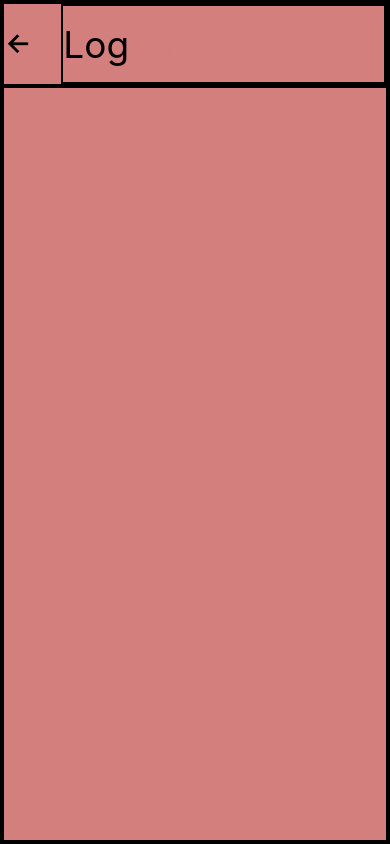
Repository: kgayathridevi/pregband
Screen: /
These files come from the project's save history. The screen is drawn as it stood at one moment and after the next save; the edit follows.
The app was drawn by React Native's web renderer in a window 390 px wide. The project was rebuilt for these pictures with package versions that can differ from the ones it lists, and the page was loaded fresh each time. Also part of the build but not shown: component/SignUpScreen.jsx, component/Home.jsx.

Above is the screen before, as saved 2023-04-28 15:03:35.

### App.js
import { NavigationContainer } from "@react-navigation/native";
import { createNativeStackNavigator } from "@react-navigation/native-stack";
import { StatusBar } from "expo-status-bar";
import { StyleSheet, Text, View } from "react-native";
import SignUpScreen from "./component/SignUpScreen";
import LogInScreen from "./component/LogInScreen";
import Home from "./component/Home";

const Stack = createNativeStackNavigator();
export default function App() {
  return (
    <NavigationContainer>
      <Stack.Navigator initialRouteName="Log">
        <Stack.Screen
          options={{ headerShown: false }}
          name="Log"
          component={LogInScreen}
        />
        <Stack.Screen name="Sign" component={SignUpScreen} />
        <Stack.Screen name="Home" component={Home} />
      </Stack.Navigator>
    </NavigationContainer>
  );
}

const styles = StyleSheet.create({
  // container: {
  //   flex: 1,
  //   backgroundColor: '#fff',
  //   alignItems: 'center',
  //   justifyContent: 'center',
  // },
});

### component/LogInScreen.jsx
import {
  Button,
  StyleSheet,
  Text,
  TextInput,
  TouchableOpacity,
  View,
} from "react-native";
import React from "react";
import { SafeAreaView } from "react-native-safe-area-context";
import Ionicons from "@expo/vector-icons/Ionicons";

const LogInScreen = ({ navigation }) => {
  return (
    <SafeAreaView style={styles.container}>
      <View style={styles.headerContainer}>
        <View style={styles.btnCont}>
          {/* <Text>back</Text> */}
          <Ionicons name="arrow-back" color="black" size={30} />
        </View>
        <View style={styles.titleContain}>
          <Text style={styles.textC}>Log</Text>
          <Text style={[styles.textC, styles.textC2]}> In</Text>
        </View>
      </View>
      <View style={styles.mainContainer}></View>
    </SafeAreaView>
  );
};

export default LogInScreen;

const styles = StyleSheet.create({
  container: {
    borderWidth: 2,
    height: "100%",
    backgroundColor: "#D37F7D",
  },
  headerContainer: {
    borderWidth: 2,
    height: "10%",
    flexDirection: "row",
    justifyContent: "space-between",
  },
  titleContain: {
    borderWidth: 2,
    flexDirection: "row",
    width: "85%",
    alignItems: "center",
  },
  btnCont: {
    justifyContent: "center",
    // borderWidth: 2,
  },
  textC: {
    fontSize: 37,
  },
  textC2: {
    color: "#D37F7D",
  },

  mainContainer: {
    borderWidth: 2,
    height: "90%",
  },
});

After the next save:
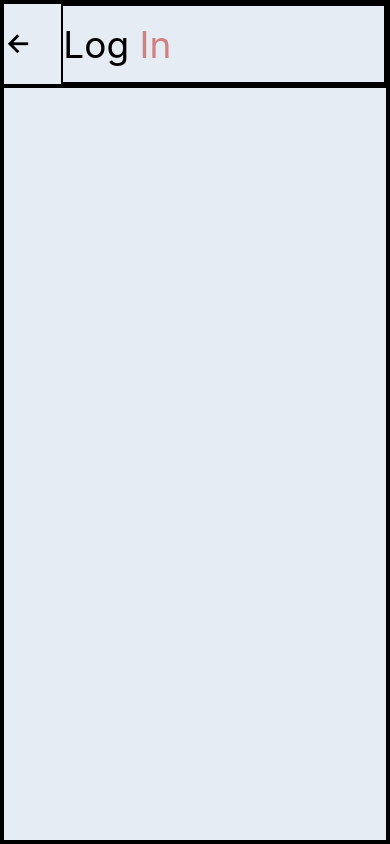
Saved 17 s later.
--- a/component/LogInScreen.jsx
+++ b/component/LogInScreen.jsx
@@ -34,7 +34,7 @@ const styles = StyleSheet.create({
   container: {
     borderWidth: 2,
     height: "100%",
-    backgroundColor: "#D37F7D",
+    backgroundColor: "#E5ECF3",
   },
   headerContainer: {
     borderWidth: 2,
